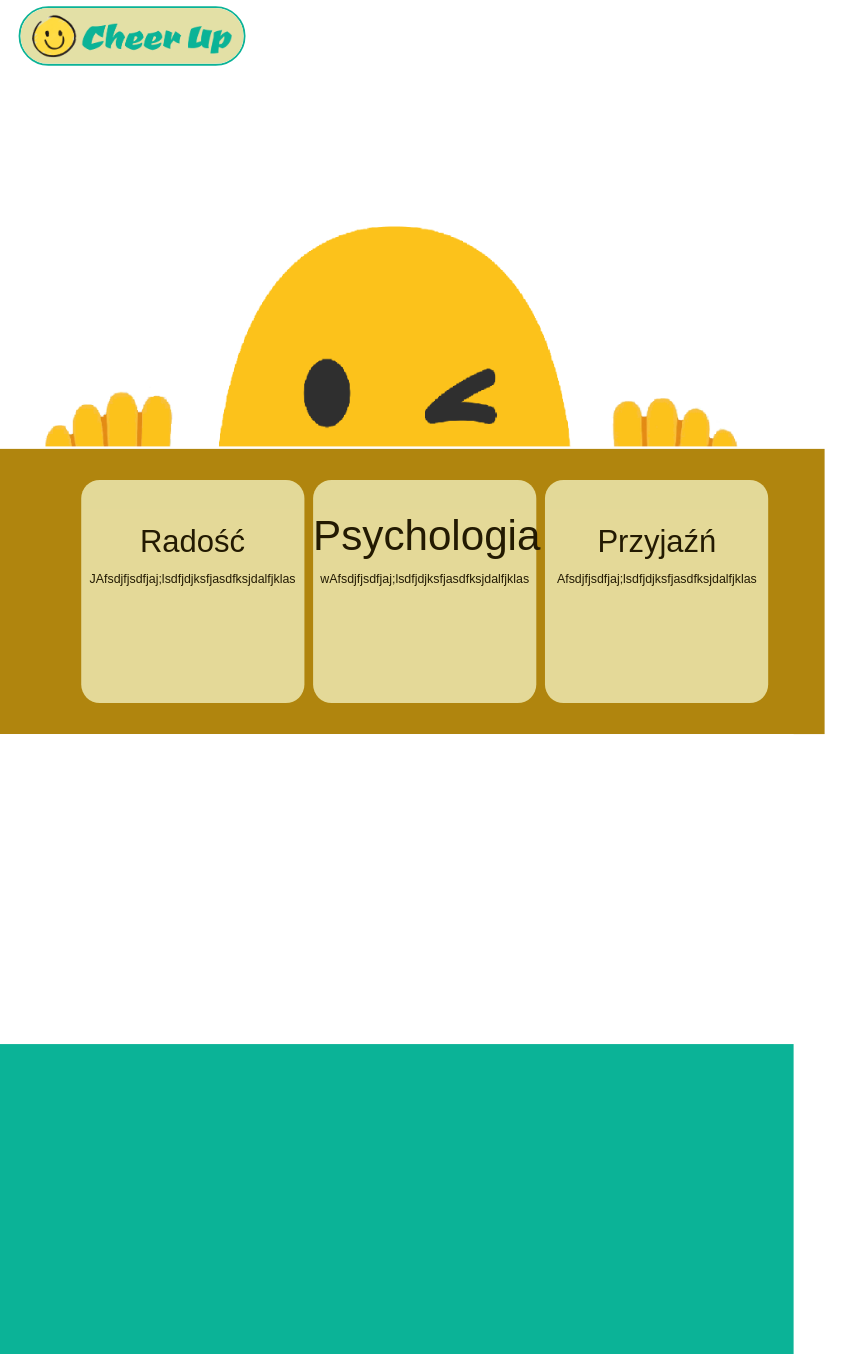
Repository: addstaw/moja-strona
Page: index.html
These files come from the project's save history. The page is drawn as it stood at one moment and after the next save; the edit follows.
The browser window is 1280 px wide. The page is 1330 px wide, then 1380 px, so the pictures cover 1380 px, including what lies to the right of the window. The pictures show the whole page, at 62% of full size.
Some web fonts or font styles are not loaded; a fallback is used.

Above is the page before, as saved 2020-05-11 10:13:17.

### index.html
<!DOCTYPE html>
<html lang="pl">
    <head>
        <meta charset="utf-8"/>
        <title> Cheer Up</title>
        <link rel="shortcut icon" href="png/logo1.png" type="image/x-icon" />
        <meta name="description" content="Uśmiech to coś więcej niż prosty wyraz emocji. To nasza dusza wypuszczona na zewnątrz."/>
        <meta name="keywords" content="uśmiech, szczęście"/>
        <meta http-equiv="X-UA-Compatible" content="IE=edge, chrome=1"/>
        <link rel="stylesheet" href="css/style6.css" type="text/css"/>
        <link href="https://fonts.googleapis.com/css2?family=Ceviche+One&display=swap" rel="stylesheet">

    </head>
    <body>
        <div id="maincontainer">
            <herder>
                <div id="header">
                    <nav>
                        <span><img id="logo" src="png/header.png" width=360" height="90"/></span>
                    </nav>
                </div>
            </header>

            <div id="pause">

            </div>
            <section>
                <img id="emoticon" src="png/page4.png" width=100%" />
            </section>
        </div>
    <article>
        <div class="content">
            <div id="container">
                <div id="introduce">
                    <header><div class="headerIntroduce">Radość</div></header>
                    <article><div class="contentIntroduce">
                    JAfsdjfjsdfjaj;lsdfjdjksfjasdfksjdalfjklas
                    </div></article>
                </div>
                <div id="introduce">
                    <header><div class="headerIntroduce" id="mainHeaderIntroduce">Psychologia</div></header>
                    <article><div class="contentIntroduce">
                        wAfsdjfjsdfjaj;lsdfjdjksfjasdfksjdalfjklas
                    </div></article>
                </div>
                <div id="introduce">
                    <header><div class="headerIntroduce">Przyjaźń</div></header>
                    <article><div class="contentIntroduce">
                        Afsdjfjsdfjaj;lsdfjdjksfjasdfksjdalfjklas
                    </div></article>
                </div>
            </div>
        </div>
    </article>
    <section>
        <div id="white">

        </div>
    </section>
    <footer>
        <div id="footer">

        </div>
    </footer>
    </body>
</html>

### css/style6.css
*{
    margin: 0px;
    font-family: sans-serif;
}
/*maincontaine*/
    #maincontainer{
        text-align: center;
    }
    #header{
        margin-right: 1500px;
    }
    #pause{
        /*height: calc(103vh - 80vw); first version*/
        height: calc(100vh - 110px - 100vw * (536/1919));
    }
    #logo{
        border-radius: 75px;
        border: 3px solid #0bb397;
        margin-left: 30px;
        margin-top: 10px;
        position: relative;

    }
/*Introduce*/
    .content{
        background-color: #b0850e;
        width: 100%;
        text-align: center;
        padding-left: 50px;
    }
        .headerIntroduce{
            font-size: 50px;
            margin-top: 50px;
            margin-bottom: 20px;
            padding-top: 20px;
        }
            #mainHeaderIntroduce{
                font-size: 68px;
                padding-top: 0;
             }
        .contentIntroduce{
            font-size: 20px;
        }

    #introduce{
        width: 50vh;
        height: 50vh;
        background-color: #f1efbb;
        margin-top: 50px;
        margin-bottom: 50px;
        margin-right: 10px;
        display: inline-block;
        border-radius: 30px;
        opacity: 80%;
    }
    #introduce:hover{
        width: calc(50vh - 10px);
        height: calc(50vh - 1px);
        background-color: #f1efbb;/*#e3e0a6;*/
        margin-top: 45px;
        margin-bottom: 45px;
        margin-right: 10px;
        display: inline-block;
        border-radius: 30px;
        border: solid 5px #0bb397;
        opacity: 100%;
        transition: 0.25s;
    }
#white{
    height: 500px;
    background-color: #fff;
}
#footer{
    height: 500px;
    background-color: #0bb397;
}

After the next save:
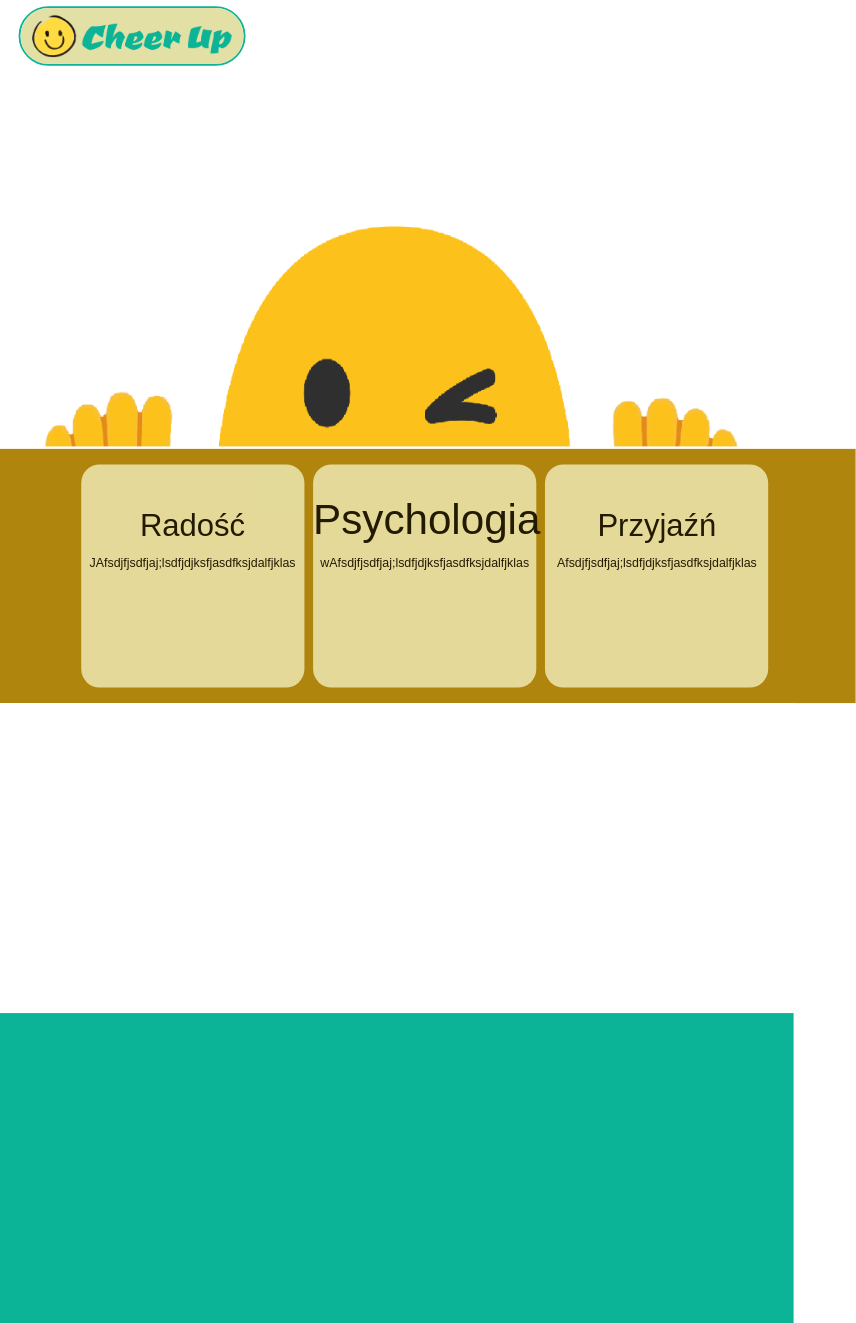
Saved 102 s later.
--- a/css/style6.css
+++ b/css/style6.css
@@ -27,6 +27,7 @@
         width: 100%;
         text-align: center;
         padding-left: 50px;
+        padding-right: 50px;
     }
         .headerIntroduce{
             font-size: 50px;
@@ -46,8 +47,8 @@
         width: 50vh;
         height: 50vh;
         background-color: #f1efbb;
-        margin-top: 50px;
-        margin-bottom: 50px;
+        margin-top: 25px;
+        margin-bottom: 25px;
         margin-right: 10px;
         display: inline-block;
         border-radius: 30px;
@@ -57,8 +58,8 @@
         width: calc(50vh - 10px);
         height: calc(50vh - 1px);
         background-color: #f1efbb;/*#e3e0a6;*/
-        margin-top: 45px;
-        margin-bottom: 45px;
+        margin-top: 20px;
+        margin-bottom: 20px;
         margin-right: 10px;
         display: inline-block;
         border-radius: 30px;
